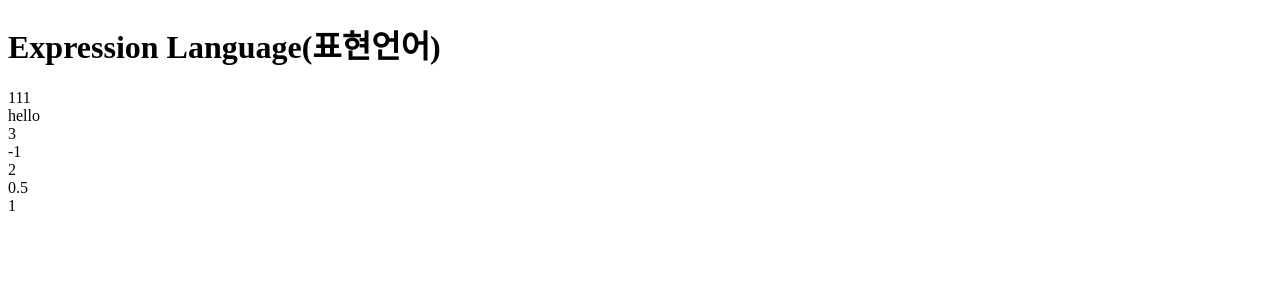
Repository: sanghshlsh/workspace_jsp
Page: http://localhost/Test060202/NewFile.jsp
An editor plug-in stored every save of this project. The page is shown before and after the next save, followed by the edit.
The browser window is 1280 px wide. The pictures show the whole page.
The page is served by Tomcat 9. Other server files are loaded and not shown.

Above is the page before, as saved 2020-06-02 06:04:45.

### Test060202/WebContent/NewFile.jsp
<%@ page language="java" contentType="text/html; charset=UTF-8"
    pageEncoding="UTF-8"%>
<%@ taglib uri="http://java.sun.com/jsp/jstl/core" prefix="c"%>
<%@ taglib uri="http://java.sun.com/jsp/jstl/fmt" prefix="fmt" %>
<%@ taglib uri="http://java.sun.com/jsp/jstl/functions" prefix="fn" %>

<!DOCTYPE html>
<html>
<head>
<meta charset="UTF-8">
<title>Insert title here</title>
</head>
<body>

	<h1>Expression Language(표현언어)</h1>
	${111}<br>
	<%-- jstl과 사용하는것이 더욱 효과적 --%>
	${"hello" }<br>
	${1+2 }<br>
	${1-2 }<br>
	${1*2 }<br>
	${1/2 }<br>
	${1%2 }<br>


</body>
</html>

After the next save:
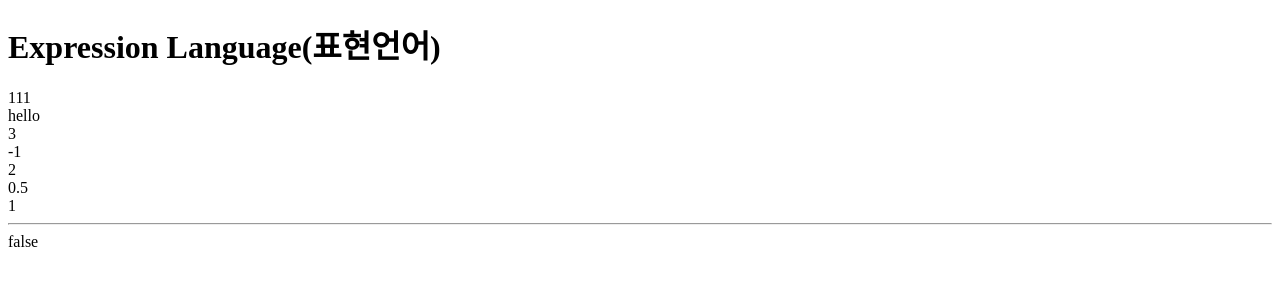
Saved 64 s later.
--- a/Test060202/WebContent/NewFile.jsp
+++ b/Test060202/WebContent/NewFile.jsp
@@ -14,13 +14,18 @@
 
 	<h1>Expression Language(표현언어)</h1>
 	${111}<br>
-	<%-- jstl과 사용하는것이 더욱 효과적 --%>
+	<%-- jstl과 사용하는것이 더욱 효과적
+		산술연산 가능
+		문자열 입력 가능
+	--%>
 	${"hello" }<br>
 	${1+2 }<br>
 	${1-2 }<br>
 	${1*2 }<br>
 	${1/2 }<br>
 	${1%2 }<br>
+	<hr>
+	${1>2 }
 
 
 </body>
